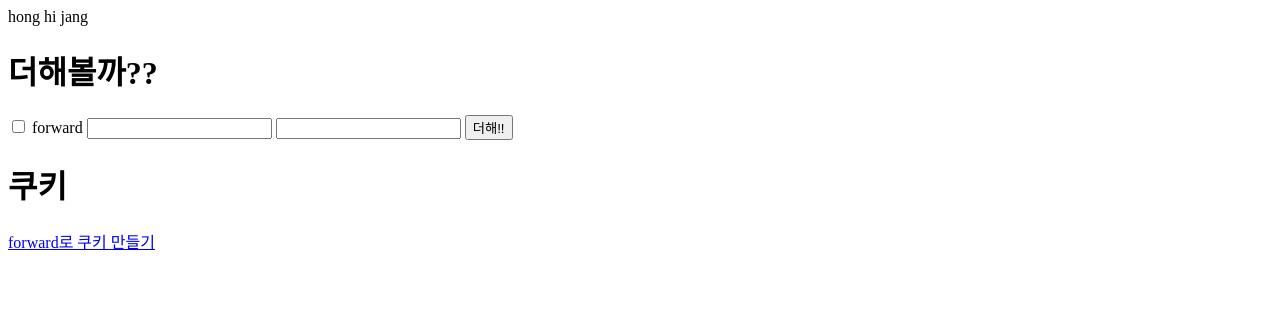
Repository: bgmun01/woorifisa_java
Page: http://localhost/web_day3/
An editor plug-in stored every save of this project. The page is shown before and after a run of saves, followed by the edit.
The browser window is 1280 px wide. The pictures show the whole page.
The page is served by Tomcat 9. Other server files are loaded and not shown.

Above is the page before, as saved 2023-06-16 06:32:30.

### web_day3/src/main/webapp/index.jsp
<%@ page language="java" contentType="text/html; charset=UTF-8"
    pageEncoding="UTF-8"%>
<!DOCTYPE html>
<html>
<head>
<meta charset="UTF-8">
<title>Insert title here</title>
</head>
<body>
	<%
	// scriptlet : _jsp service의 local 영역 !! 로컬변수 선언을 쓸 수 있다?
		String name = "hong";
	//	request. //이미 만들어져 있어서 사용할 수 있다.
	%>
	<!--  expression -->
	<%-- jsp 주석을 클라이언트에 보내지 않음 따라서 jsp 주석을 사용해야함 해야 html에 남아있지 않음 --%>
	<%=name %>

	<%!
	// <%! - declaration tag : member 변수, 메서드 구성 클래스영역
		public String hi(String name){
		return "hi " +name;
	}
	%>
	<%=hi("jang") %>

	<h1>더해볼까??</h1>
	<form action = "/web_day3/Add" method="get">
		<input type = "checkbox" name = "type" value = "forward" id = "type">
		<label for = "type"> forward </label>
		<input name = "num1" type="text">
		<input name = "num2" type="text">
		<input type = "submit" value="더해!!">
 	</form>

	<h1>쿠키</h1>
	<a href="/web_day3/CookieMaker?type=forward"?>forward로 쿠키 만들기</a><br>
	<a href="/web_day3/CookieMaker?type=redirect?>redirect로 쿠키 만들기</a><br>


</body>
</html>

After the next 2 saves:
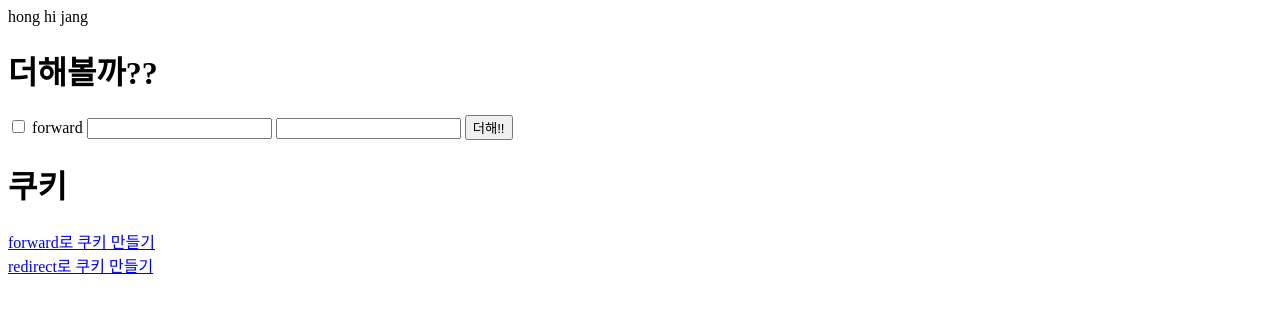
The 2 saves are shown as one change because they came seconds apart.
The last was saved 29 s later.
--- a/web_day3/src/main/webapp/index.jsp
+++ b/web_day3/src/main/webapp/index.jsp
@@ -34,8 +34,8 @@
  	</form>
 
 	<h1>쿠키</h1>
-	<a href="/web_day3/CookieMaker?type=forward"?>forward로 쿠키 만들기</a><br>
-	<a href="/web_day3/CookieMaker?type=redirect?>redirect로 쿠키 만들기</a><br>
+	<a href="/web_day3/CookieMaker?type=forward">forward로 쿠키 만들기</a><br>
+	<a href="/web_day3/CookieMaker?type=redirect?">redirect로 쿠키 만들기</a><br>
 
 
 </body>
